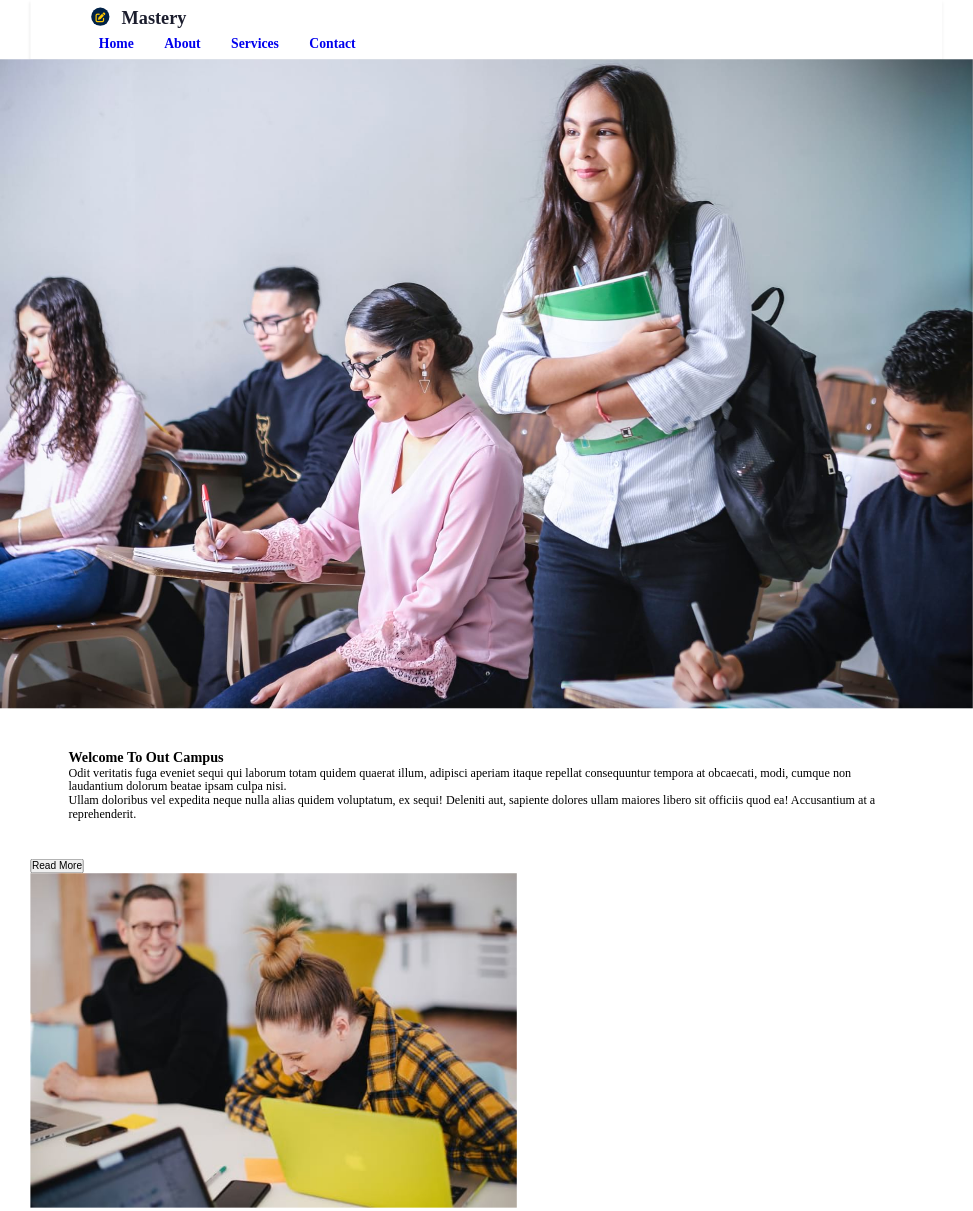
Repository: trminhphuc1504/Mastery
Page: index.html
The author's editor kept a copy of each file at every save. The page is drawn from the files as they stood at one save, then again after the next save.
The browser window is 1280 px wide. The pictures show the whole page, at 76% of full size.
Some web libraries are served in a nearby version.

Above is the page before, as saved 2024-08-22 12:27:03.

After the next save:
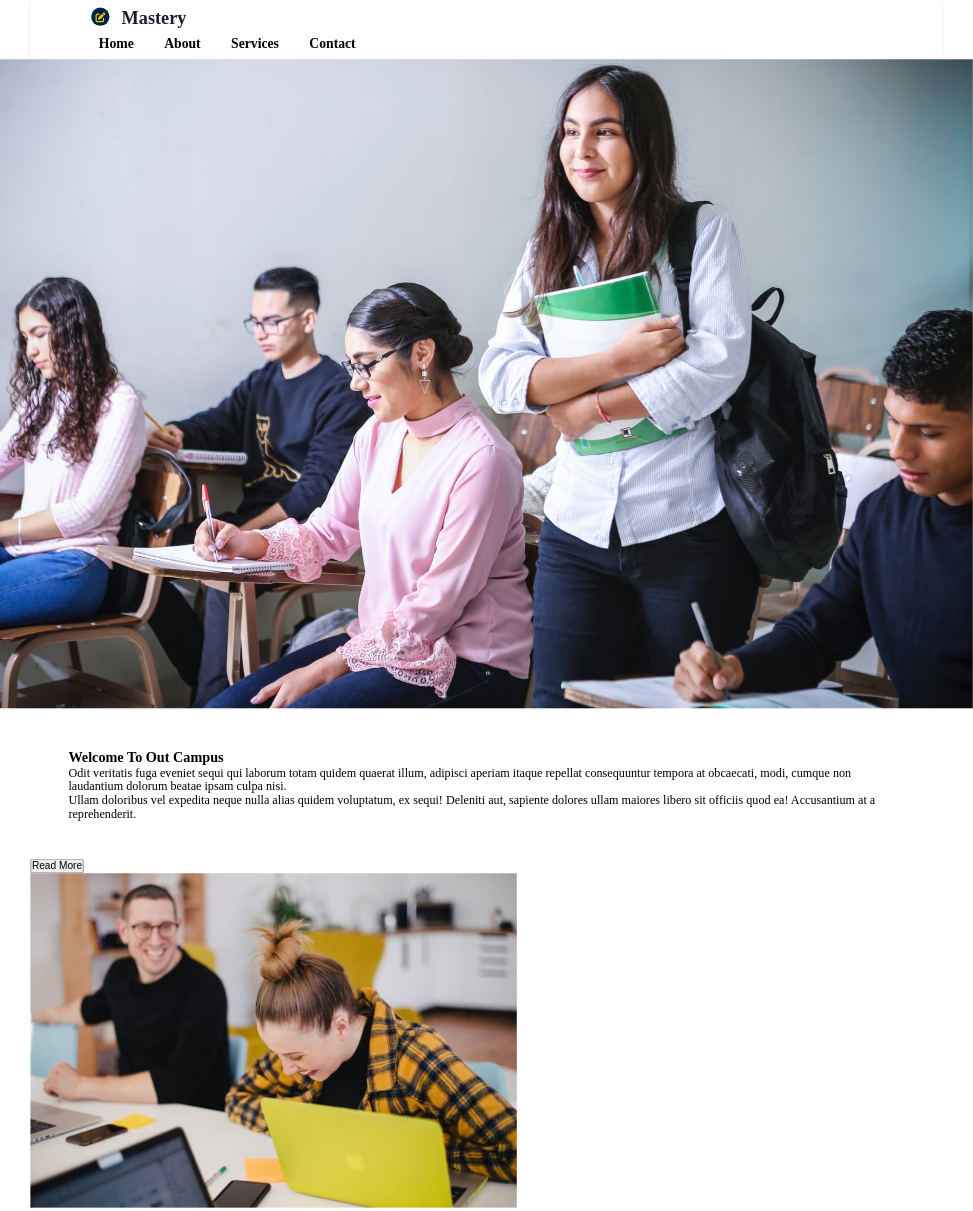
Saved 35 s later.
--- a/css/style.css
+++ b/css/style.css
@@ -71,7 +71,7 @@ header{
 }
 
 
-.header-nav ul li{
+.header-nav ul li a{
     font-size:18px;
     color:#000;
     font-weight: 600;
